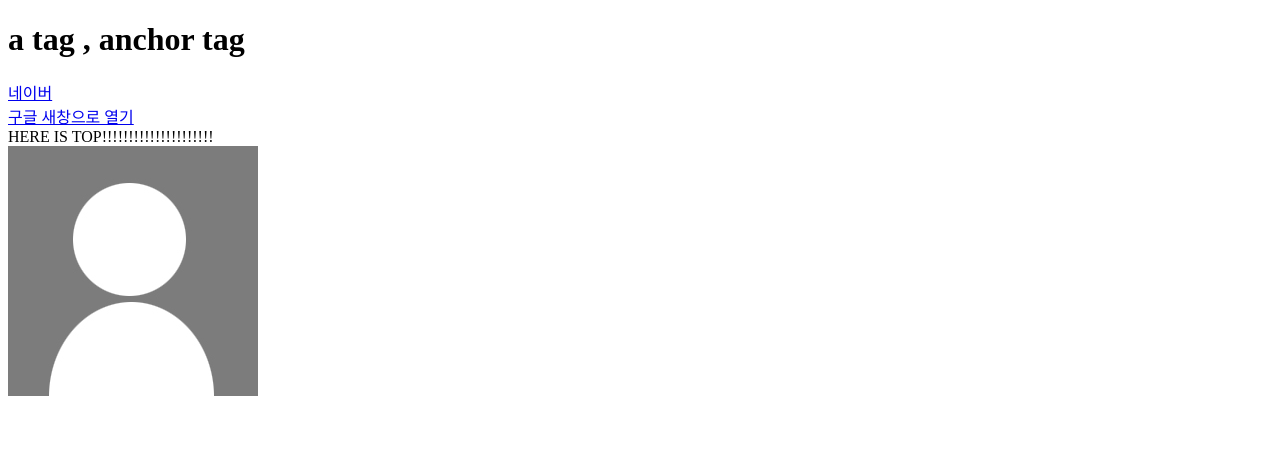
Repository: jihoonys82/weblec
Page: Front/WebContent/Ex01_HTML_tag/tagEx_04.html
These files come from the project's save history. The page is drawn as it stood at one moment and after the next save; the edit follows.
The browser window is 1280 px wide. The pictures show the whole page.

Above is the page before, as saved 2018-07-23 11:02:07.

After the next save:
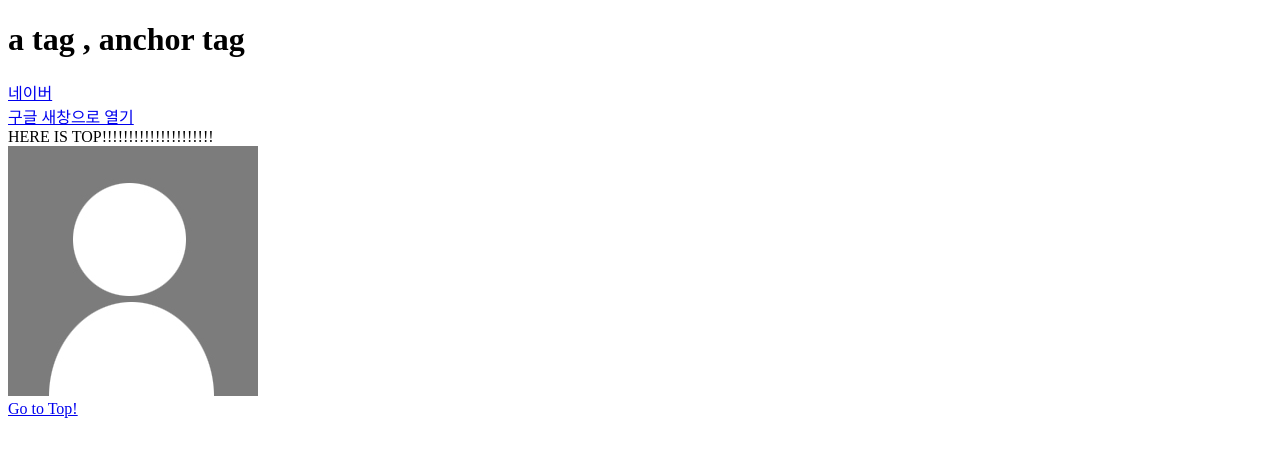
Saved 49 s later.
--- a/Front/WebContent/Ex01_HTML_tag/tagEx_04.html
+++ b/Front/WebContent/Ex01_HTML_tag/tagEx_04.html
@@ -28,5 +28,7 @@
 
 </div>
 
+<a href="#top">Go to Top!</a>
+
 </body>
 </html>
